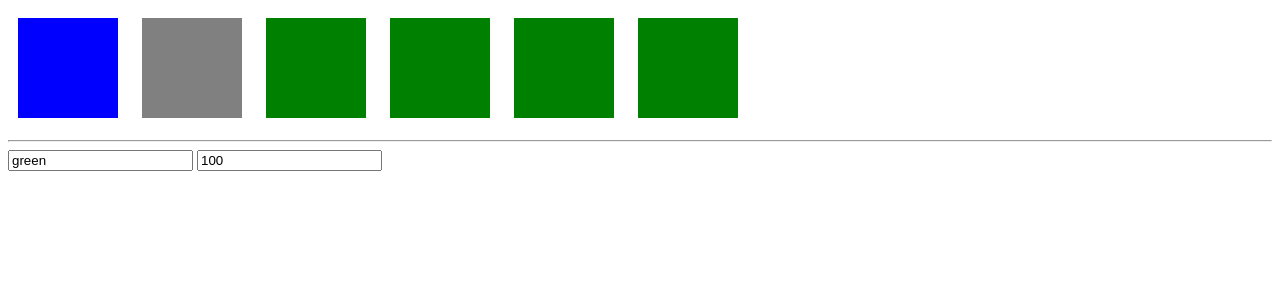
Repository: wojkos/Learn
Page: Vue/index7.html
The author's editor kept a copy of each file at every save. The page is drawn from the files as they stood at one save, then again after the next save.
The browser window is 1280 px wide. The pictures show the whole page.

Above is the page before, as saved 2018-04-10 23:13:58.

### Vue/index7.html
<!DOCTYPE html>
<html lang="en">

<head>
    <meta charset="UTF-8">
    <title>Document</title>
    <style>
        .demo {
            width: 100px;
            height: 100px;
            background-color: grey;
            display: inline-block;
            margin: 10px;
        }

        .red {
            background-color: red;
        }

        .blue {
            background-color: blue;
        }

        .green {
            background-color: green;
        }
    </style>
    <script src="vue/vue.js">
    </script>
</head>

<body>
    <div id="app">
        <div class="demo" @click="attachRed = !attachRed" :class="divClasses"></div>
        <div class="demo" :class="{red: attachRed}"></div>
        <div class="demo" :class="[color, {red: attachRed}]"></div>
        <div class="demo" :style="{backgroundColor: color}"></div>
        <div class="demo" :style="myStyle"></div>
        <div class="demo" :style="[myStyle, {height: width + 'px'}]"></div>
        <hr>
        <input type="text" v-model="color">
        <input type="text" v-model="width">
    </div>


    <script>
        new Vue({
            el: '#app',
            data: {
                attachRed: false,
                color: 'green',
                width: 100
            },
            computed: {
                divClasses: function() {
                    return {
                        red: this.attachRed,
                        blue: !this.attachRed
                    }
                },
                myStyle() {
                    return {
                        backgroundColor: this.color,
                        width: this.width + 'px'
                    }
                }
            }

        });
    </script>
</body>

</html>

Loaded but not shown: Vue/vue/vue.js (library)

After the next save:
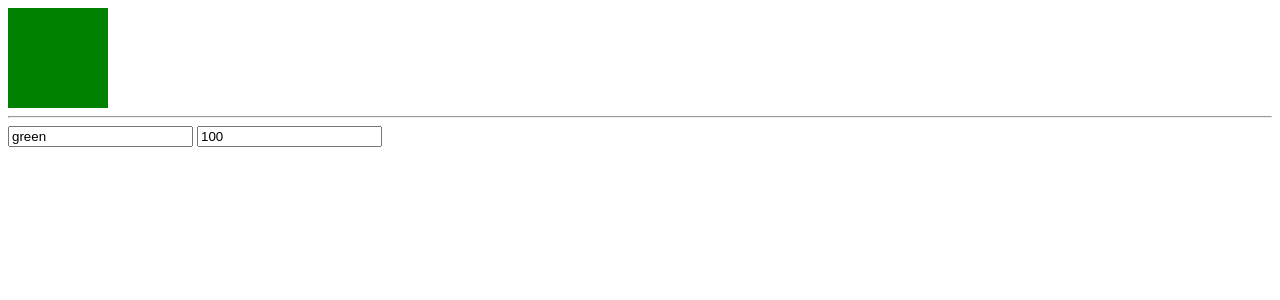
Saved 39 s later.
--- a/Vue/index7.html
+++ b/Vue/index7.html
@@ -5,24 +5,20 @@
     <meta charset="UTF-8">
     <title>Document</title>
     <style>
-        .demo {
+        #effect {
             width: 100px;
             height: 100px;
-            background-color: grey;
-            display: inline-block;
-            margin: 10px;
+            border: 1px solid black;
         }
 
-        .red {
+        .highlight {
             background-color: red;
+            width: 200px !important;
         }
 
-        .blue {
-            background-color: blue;
-        }
-
-        .green {
-            background-color: green;
+        .shrink {
+            background-color: gray;
+            width: 50px !important;
         }
     </style>
     <script src="vue/vue.js">
